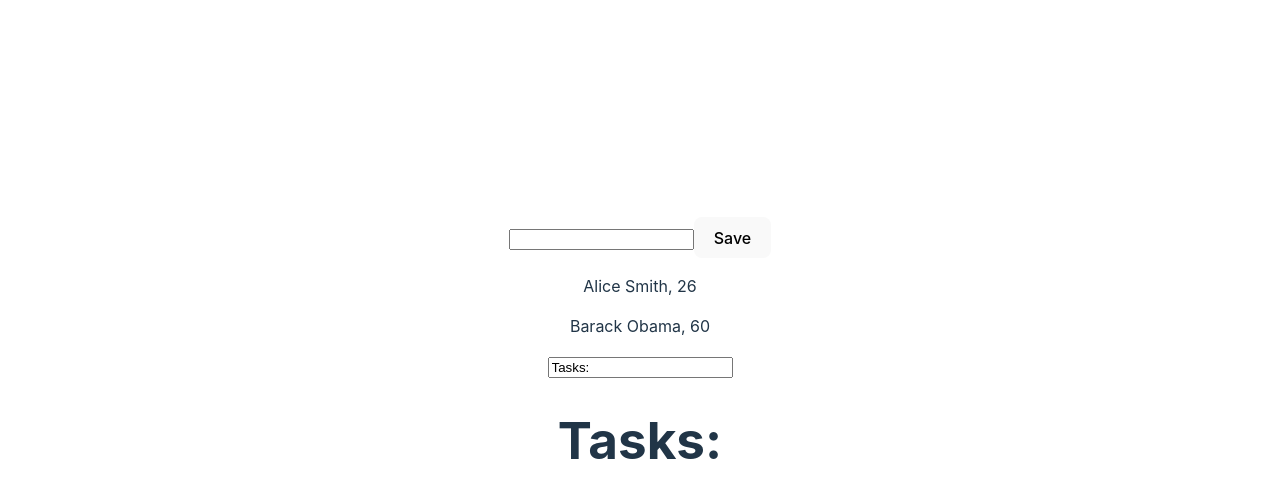
Repository: RonanKhalilOlaes/Olaes_Lab06-07_taskList
Page: /
The author's editor kept a copy of each file at every save. The page is drawn from the files as they stood at one save, then again after the next save.
The browser window is 1280 px wide. The pictures show the whole page.
The project was rebuilt for these pictures with package versions that can differ from the ones it lists, and the page was loaded fresh each time. Also part of the build but not shown: vite.config.js.

Above is the page before, as saved 2024-10-22 20:35:38.

After the next save:
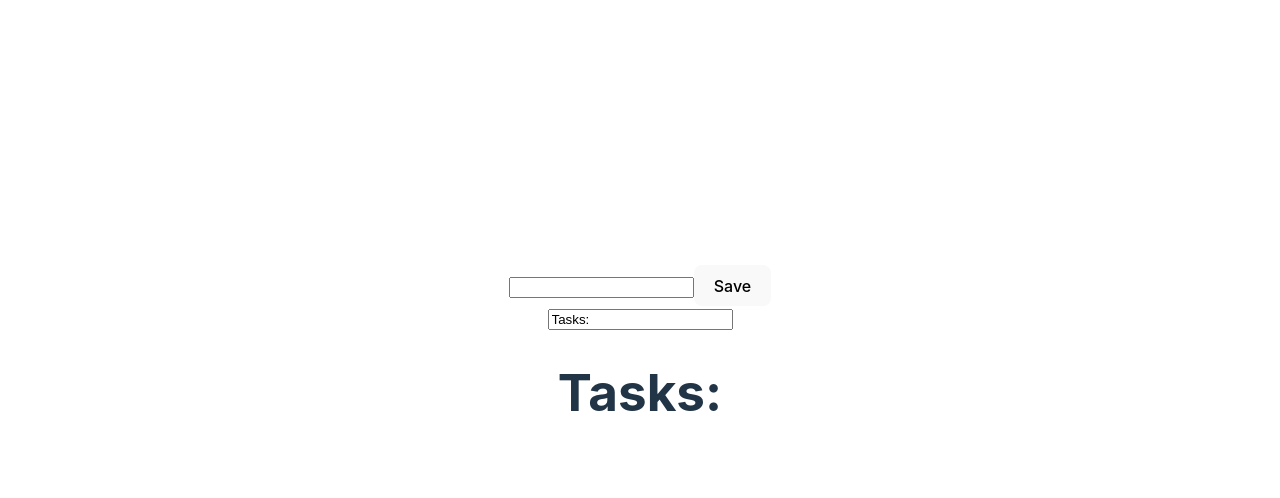
Saved 5 s later.
--- a/src/App.jsx
+++ b/src/App.jsx
@@ -9,16 +9,16 @@ import { useState } from 'react';
 import './App.css';
 
 const initialStudents = [
-  {
-    firstname: 'Alice',
-    lastname: 'Smith',
-    age: 26
-  },
-  {
-    firstname: 'Barack',
-    lastname: 'Obama',
-    age: 60
-  }
+  // {
+  //   firstname: 'Alice',
+  //   lastname: 'Smith',
+  //   age: 26
+  // },
+  // {
+  //   firstname: 'Barack',
+  //   lastname: 'Obama',
+  //   age: 60
+  // }
 ];
 
 function App() {
